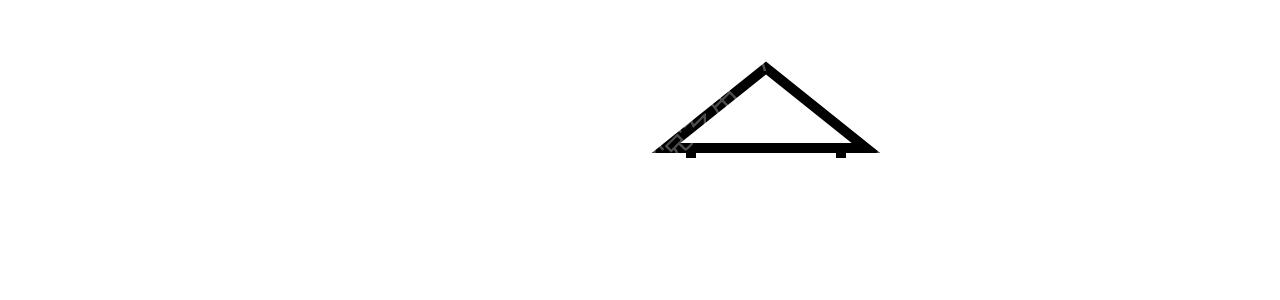
Repository: diveDylan/re-Learning
Page: webRTC.html
The author's editor kept a copy of each file at every save. The page is drawn from the files as they stood at one save, then again after a run of saves.
The browser window is 1280 px wide. The pictures show the whole page.

Above is the page before, as saved 2021-04-15 13:01:41.

### webRTC.html
<!DOCTYPE html>
<html lang="en">
<head>
  <meta charset="UTF-8">
  <meta name="viewport" content="width=device-width, initial-scale=1.0">
  <title>Document</title>
</head>
<body>
  <video id="video"></video>
  <canvas id="canvas"></canvas>
  <canvas id="canvas2"></canvas>
</body>
<script>
 function main () {
  function waterMask(ctx, w, maxW) {
// Set line width
ctx.lineWidth = 10;

// Wall
ctx.strokeRect(75, 140, 150, 110);

// Door
ctx.fillRect(130, 190, 40, 60);

// Roof
ctx.beginPath();
ctx.moveTo(50, 140);
ctx.lineTo(150, 60);
ctx.lineTo(250, 140);
ctx.closePath();
ctx.stroke();
      while (w < maxW) {
        const REPEAT_NUM = 3; //  取巧重复x方向
        const text = `潜水党专用    `; // 水印文本 空格用于x间隙
        const waterMarkText = text.repeat(REPEAT_NUM);
        ctx.translate(w, 200);
        ctx.globalAlpha = 0.3;
        ctx.fillStyle = '#fff';
        ctx.font = '32px Josefin Slab';
        ctx.rotate(-45 * Math.PI / 180);
        ctx.fillText(waterMarkText, 0, 0);
        ctx.rotate(45 * Math.PI / 180); // 画笔角度恢复
        w = w + 20;
      }
    }
  var video = document.getElementById("video");
  var canvas = document.getElementById("canvas"),
  canvas2 = document.getElementById("canvas2"),
      context = canvas.getContext("2d"),
      context2 = canvas2.getContext("2d");
      waterMask(context2, 10, 100)
  var w;
  var host = 'localhost';
      var port = 8888;
      var url = 'ws://' + host + ':' + port + '/';
  if (navigator.webkitGetUserMedia) {
      navigator.webkitGetUserMedia({ video: {
        width: 800,
        height: 600
      } }, function (stream) {
        console.log('stream', stream)
          // 错误代码:
          // video.src = window.webkitURL.createObjectURL(stream); // 浏览器正在取消对 createObjectURL 的支持
          // 正确代码:
          video.srcObject = stream;
          video.play();
          w = new WebSocket(url);
          w.onopen = function () {
              sendImg();
          }
          w.onmessage = function (e) {
              sendImg();
          }

      }, function () {
          console.log("video error");
      });
      function sendImg() {
        context.drawImage(video, 0, 0, 640, 640);

          var imgData = canvas.toDataURL();
          w.send(imgData);
      }
    }
  }


main()
let count = 0
document.addEventListener('visibilitychange',function(){ //浏览器切换事件
    if(document.visibilityState=='hidden') { //状态判断
        //normal_title=document.title;
        count ++
    }else {
      if(count > 2) {
        return window.close()
      }
        if (count) alert('您已经离开' + count +'次当前页面，请避免相关行为')

    }
})
</script>
</html>

After the next 2 saves:
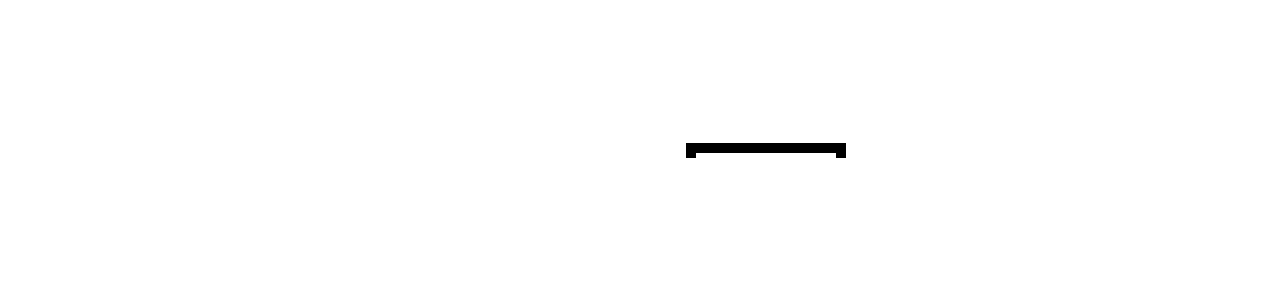
Console error: ReferenceError: waterMarkText is not defined
The 2 saves are shown as one change because they came seconds apart.
The last was saved 44 s later.
--- a/webRTC.html
+++ b/webRTC.html
@@ -23,25 +23,12 @@
 ctx.fillRect(130, 190, 40, 60);
 
 // Roof
-ctx.beginPath();
-ctx.moveTo(50, 140);
-ctx.lineTo(150, 60);
-ctx.lineTo(250, 140);
-ctx.closePath();
-ctx.stroke();
-      while (w < maxW) {
-        const REPEAT_NUM = 3; //  取巧重复x方向
-        const text = `潜水党专用    `; // 水印文本 空格用于x间隙
-        const waterMarkText = text.repeat(REPEAT_NUM);
-        ctx.translate(w, 200);
+ctx.translate(10, 100);
         ctx.globalAlpha = 0.3;
         ctx.fillStyle = '#fff';
         ctx.font = '32px Josefin Slab';
-        ctx.rotate(-45 * Math.PI / 180);
         ctx.fillText(waterMarkText, 0, 0);
-        ctx.rotate(45 * Math.PI / 180); // 画笔角度恢复
-        w = w + 20;
-      }
+
     }
   var video = document.getElementById("video");
   var canvas = document.getElementById("canvas"),
